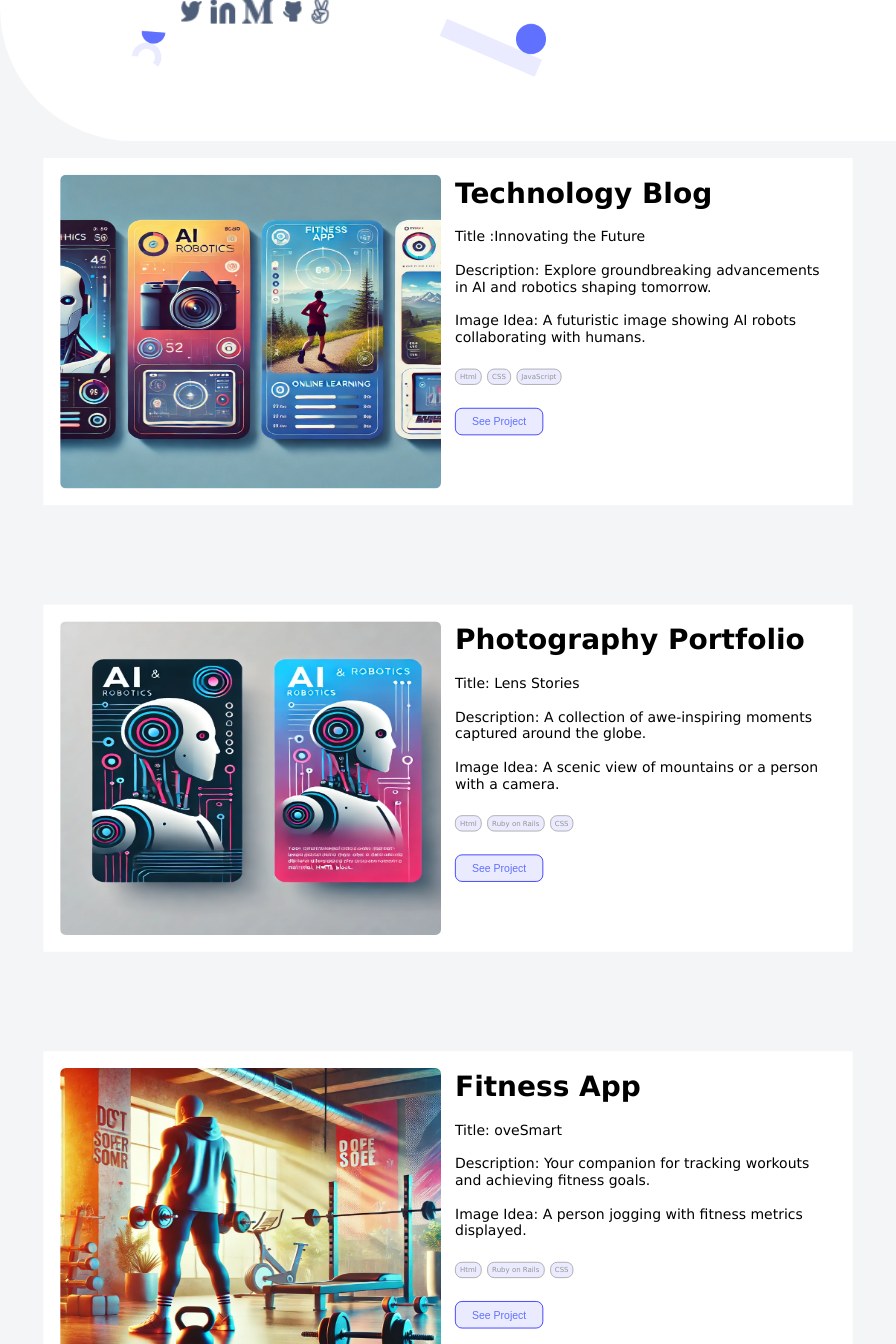
Repository: usman3123/portfolio-template-3
Page: index.html
These files come from the project's save history. The page is drawn as it stood at one moment and after the next save; the edit follows.
The browser window is 1280 px wide. The pictures show the part of the page from y = 644 to 2564 px (the page is 5461 px tall before and 3003 px after), at 70% of full size.
Empty fields were first filled with sample values (such as "Sample", 5 or name@example.com).
After loading, the first visible `#cardbtn` was clicked once.
Some web libraries are served in a nearby version.

Above is the page before, as saved 2025-01-30 09:39:04.

After the next save:
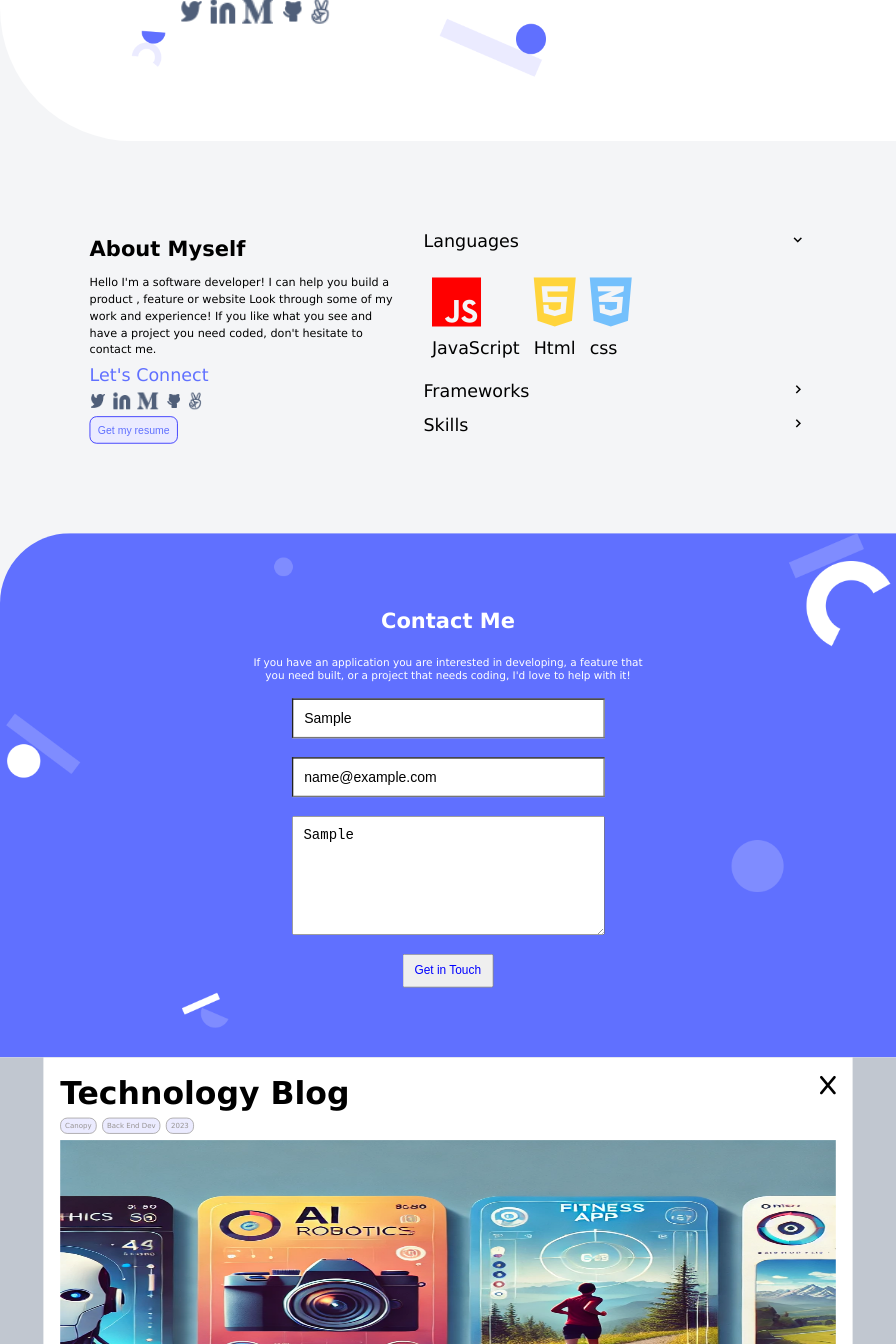
Saved 3 min 31 s later.
--- a/index.js
+++ b/index.js
@@ -83,6 +83,7 @@
 document.querySelectorAll("#cardbtn").forEach((btn, index) => {
   btn.addEventListener("click", () => {
     popup(arr[index]);
+    cards.classList.add("remove")
   });
 });
 function popup(element) {
@@ -135,6 +136,7 @@
 
 
 
+
 {/* <div class="inner-container">
 <div class="icon-head flex">
     <h2 class="heading flex">Tonic</h2>

After the 2 saves that followed:
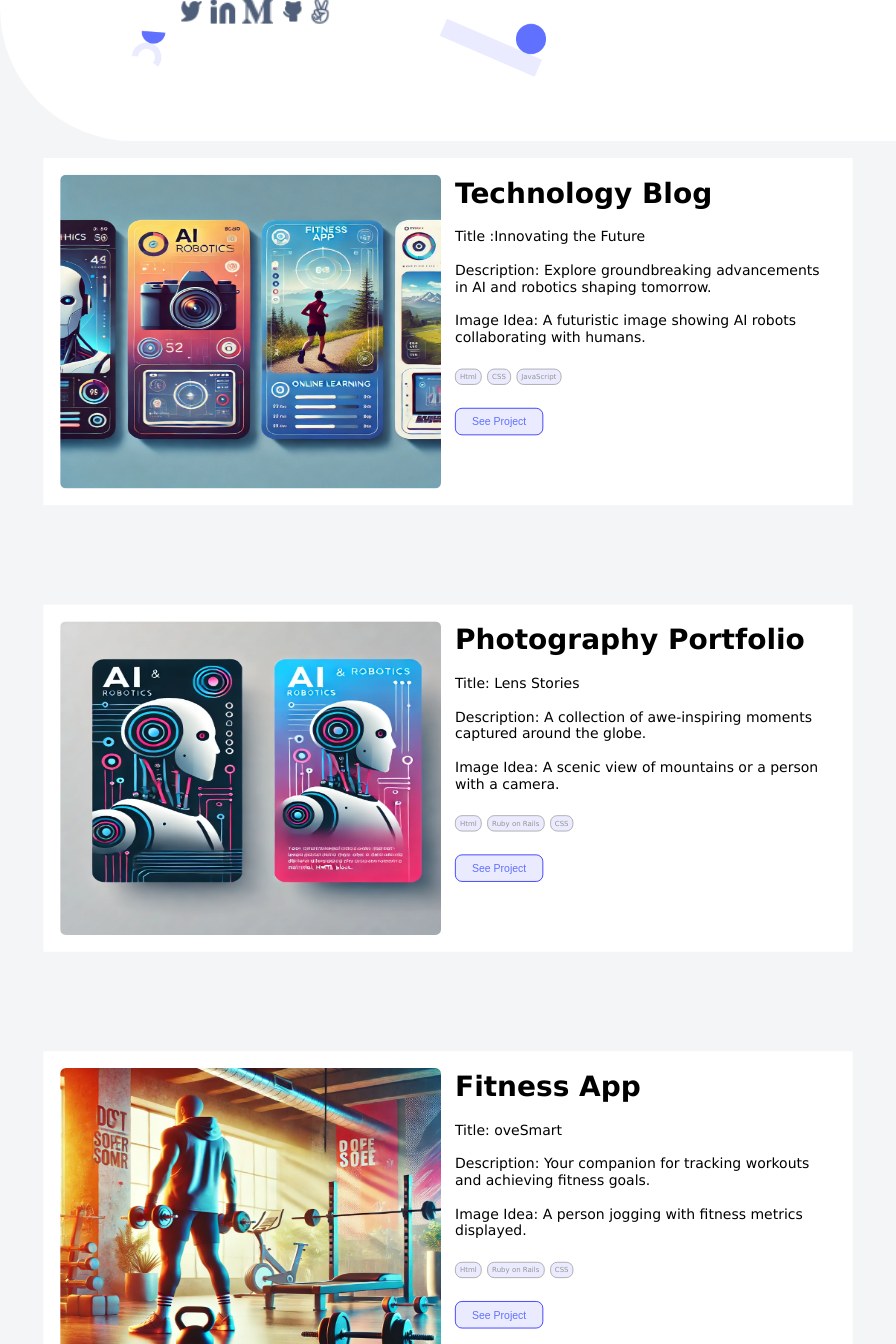
The 2 saves are shown as one change because 1 left the picture as it was.
The last was saved 10 min 53 s later.
--- a/style.css
+++ b/style.css
@@ -318,6 +318,9 @@ html {
 .remove {
     display: none;
 }
+.blur {
+    backdrop-filter: 5px;
+}
 
 .heading > h2{
     align-items: center;
--- a/index.js
+++ b/index.js
@@ -61,7 +61,7 @@
 ]
 
 const cards = document.querySelector(".cards");
-
+const body = document.querySelector("body")
 arr.forEach((element) => {
     cards.innerHTML += `<div class="card flex">
       <img class="card-img" src= ${element.img} alt="CARD_!_IMG">
@@ -83,7 +83,7 @@
 document.querySelectorAll("#cardbtn").forEach((btn, index) => {
   btn.addEventListener("click", () => {
     popup(arr[index]);
-    cards.classList.add("remove")
+    body.classList.add("blur")
   });
 });
 function popup(element) {
